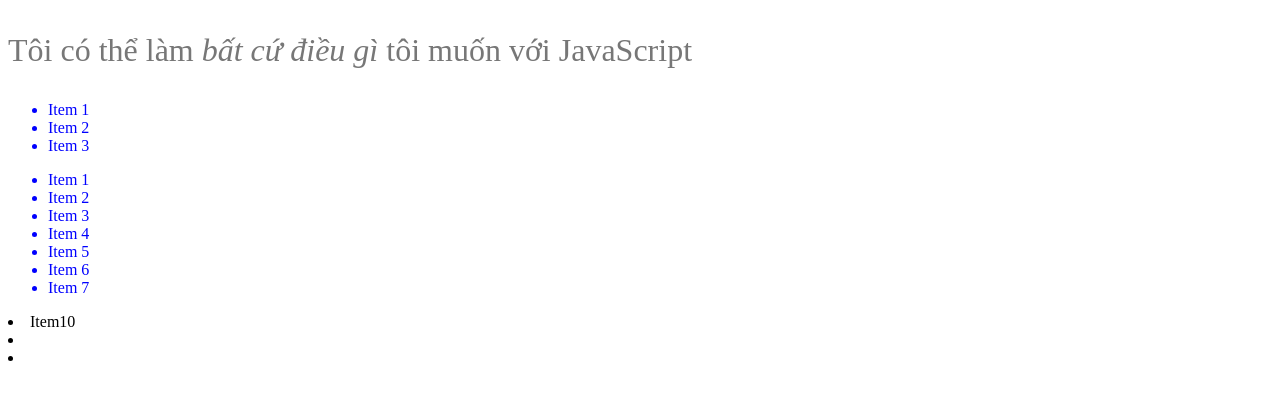
Repository: khanhnahk306/khanhnahk.github.io
Page: DOM/index.html
An editor plug-in stored every save of this project. The page is shown before and after a run of saves, followed by the edit.
The browser window is 1280 px wide. The pictures show the whole page.

Above is the page before, as saved 2022-06-03 13:56:40.

### DOM/index.html
<!DOCTYPE html>
<html lang="en">
  <head>
    <meta charset="UTF-8" />
    <meta http-equiv="X-UA-Compatible" content="IE=edge" />
    <meta name="viewport" content="width=device-width, initial-scale=1.0" />
    <title>DOM</title>
  </head>
  <body>
    <p id="text">
      Mặt khác, các phần tử DOM đều là các node trên cây cấu trúc DOM
    </p>

    <ul>
      <li>Item 1</li>
      <li>Item 2</li>
      <li>Item 3</li>
    </ul>

    <ul id="list">
      <li>Item 1</li>
      <li>Item 2</li>
      <li>Item 3</li>
      <li>Item 4</li>
      <li>Item 5</li>
      <li>Item 6</li>
      <li>Item 7</li>
    </ul>

    <script>
      let p = document.getElementById("text");
      p.style.color = "#777";
      p.style.fontSize = "2rem";
      p.innerHTML =
        "Tôi có thể làm <em> bất cứ điều gì </em> tôi muốn với JavaScript";

      const para = document.querySelectorAll("li");
      console.log(para);
      for (let i = 0; i < para.length; i++) {
        para[i].style.color = "blue";
      }

      const para1 = document.createElement("li");
      para1.innerText = "Item8";
      document.body.appendChild(para1);
      const para2 = document.createElement("li");
      para1.innerText = "Item9";
      document.body.appendChild(para2);
      const para3 = document.createElement("li");
      para1.innerText = "Item10";
      document.body.appendChild(para3);
    </script>
  </body>
</html>

After the next 2 saves:
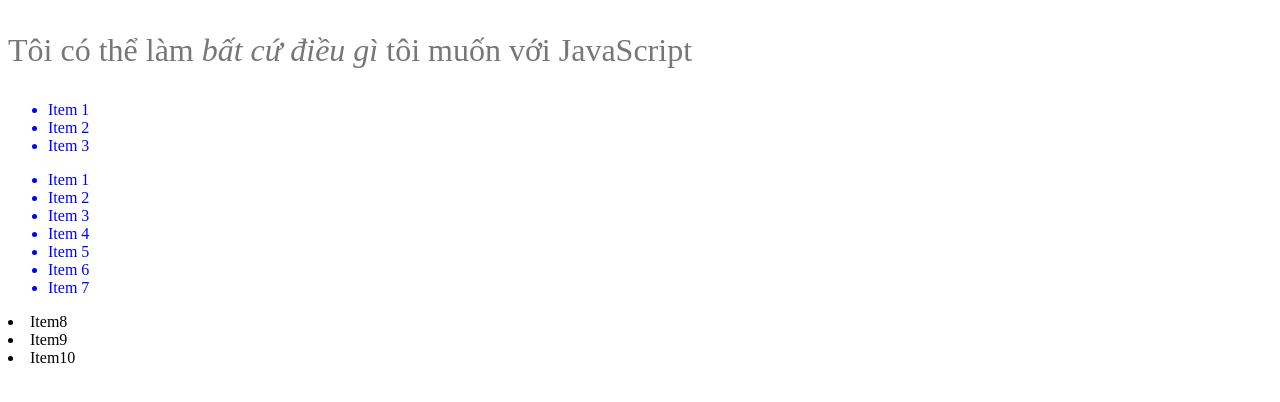
The 2 saves are shown as one change because they came seconds apart.
The last was saved 20 s later.
--- a/DOM/index.html
+++ b/DOM/index.html
@@ -44,10 +44,10 @@
       para1.innerText = "Item8";
       document.body.appendChild(para1);
       const para2 = document.createElement("li");
-      para1.innerText = "Item9";
+      para2.innerText = "Item9";
       document.body.appendChild(para2);
       const para3 = document.createElement("li");
-      para1.innerText = "Item10";
+      para3.innerText = "Item10";
       document.body.appendChild(para3);
     </script>
   </body>
